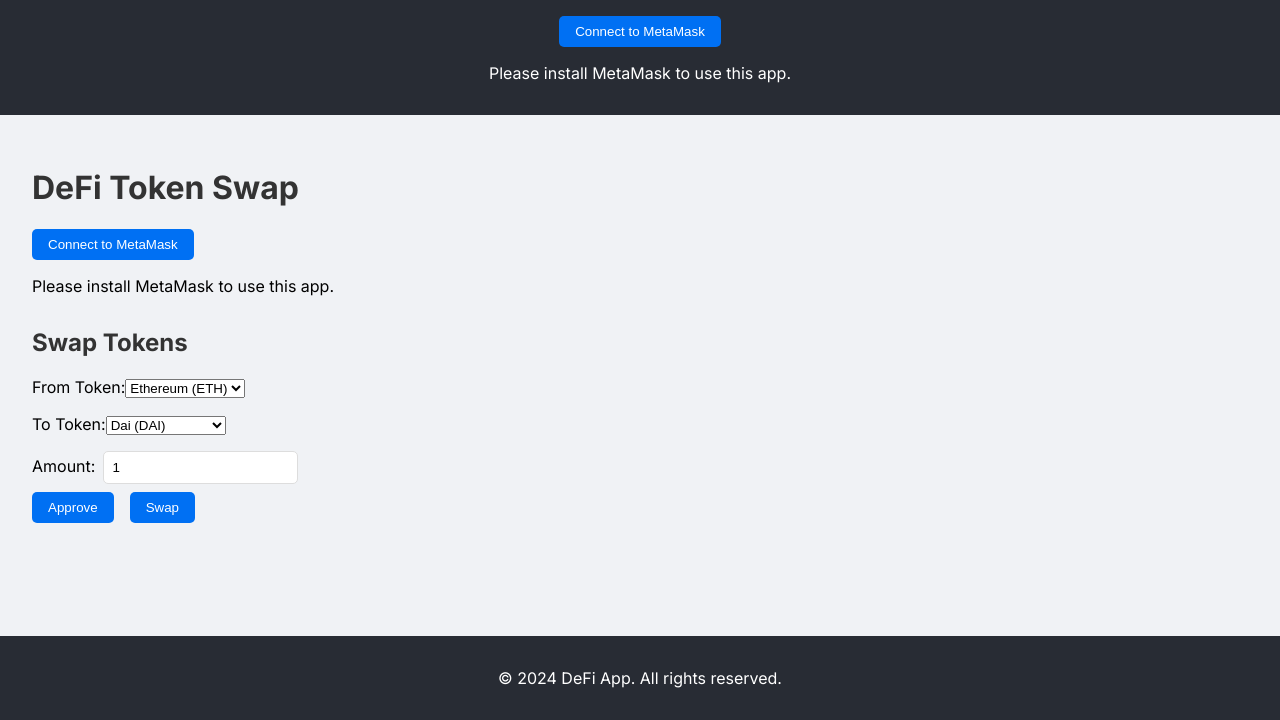
Repository: AllMightLegend/defi-token-swapping-app
Page: /
These files come from the project's save history. The page is drawn as it stood at one moment and after the next save; the edit follows.
The browser window is 1280 px wide. The pictures show the whole page.
The project was rebuilt for these pictures with package versions that can differ from the ones it lists, and the page was loaded fresh each time. Some packages were replaced by stand-ins written for this rebuild. The framework's server and built-in components were replaced by stand-ins that run in the browser. Also part of the build but not shown: next.config.mjs.

Above is the page before, as saved 2024-08-27 20:10:19.

After the next save:
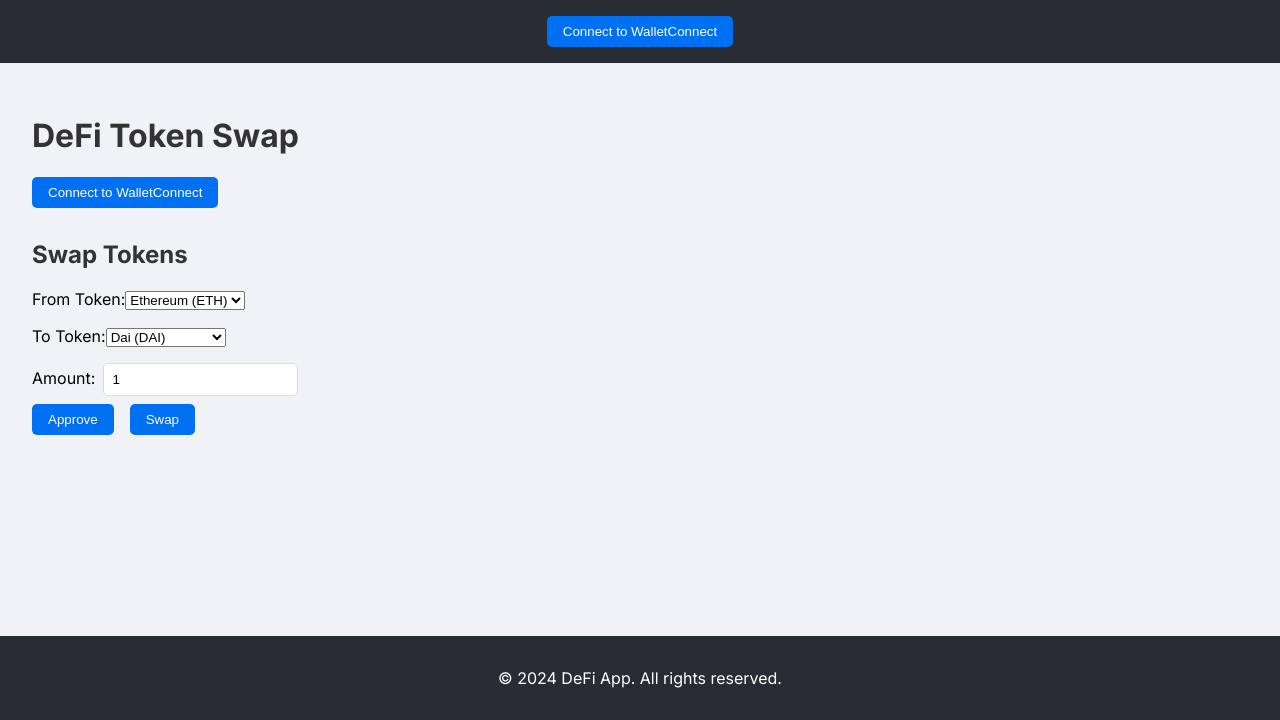
Saved 2 min 51 s later.
--- a/components/WalletConnector.tsx
+++ b/components/WalletConnector.tsx
@@ -1,70 +1,66 @@
 import React, { useState, useEffect } from 'react';
 import { ethers } from 'ethers';
+import WalletConnectProvider from "@walletconnect/web3-provider";
 
 const WalletConnector: React.FC = () => {
   const [walletAddress, setWalletAddress] = useState<string | null>(null);
-  const [isMetaMaskInstalled, setIsMetaMaskInstalled] = useState<boolean>(false);
+  const [provider, setProvider] = useState<ethers.providers.Web3Provider | null>(null);
 
-  const checkMetaMask = () => {
-    if (typeof window !== 'undefined' && (window as any).ethereum) {
-      setIsMetaMaskInstalled(true);
-    } else {
-      setIsMetaMaskInstalled(false);
+  const connectWallet = async () => {
+    try {
+      // Create WalletConnect Provider
+      const walletConnectProvider = new WalletConnectProvider({
+        infuraId: "YOUR_INFURA_PROJECT_ID" // Replace with your Infura Project ID
+      });
+
+      // Enable session (triggers QR Code modal)
+      await walletConnectProvider.enable();
+
+      // Create ethers provider
+      const ethersProvider = new ethers.providers.Web3Provider(walletConnectProvider);
+      setProvider(ethersProvider);
+
+      // Get the user's account address
+      const accounts = await ethersProvider.listAccounts();
+      if (accounts.length > 0) {
+        setWalletAddress(accounts[0]);
+      } else {
+        setWalletAddress(null);
+      }
+
+      console.log('Connected to wallet:', accounts[0]);
+    } catch (error) {
+      console.error('Error connecting to WalletConnect wallet:', error);
     }
   };
 
-  const connectWallet = async () => {
-    try {
-      if (isMetaMaskInstalled) {
-        // Wait for MetaMask to be ready
-        await new Promise<void>((resolve) => {
-          const checkInterval = setInterval(() => {
-            if ((window as any).ethereum) {
-              clearInterval(checkInterval);
-              resolve();
-            }
-          }, 100);
-        });
-
-        const provider = new ethers.providers.Web3Provider((window as any).ethereum);
-        await (window as any).ethereum.request({ method: 'eth_requestAccounts' });
-        const signer = provider.getSigner();
-        const address = await signer.getAddress();
-        setWalletAddress(address);
-        console.log('Connected to MetaMask:', address);
-      } else {
-        alert('MetaMask is not installed. Please install MetaMask to use this app.');
+  const disconnectWallet = async () => {
+    if (provider) {
+      try {
+        // Disconnect the WalletConnect provider
+        const walletConnectProvider = provider.provider as WalletConnectProvider;
+        await walletConnectProvider.disconnect();
+        setWalletAddress(null);
+        setProvider(null);
+        console.log('Disconnected from wallet');
+      } catch (error) {
+        console.error('Error disconnecting from WalletConnect wallet:', error);
       }
-    } catch (error) {
-      console.error('Error connecting to MetaMask:', error);
     }
   };
 
   useEffect(() => {
-    checkMetaMask();
-
-    const { ethereum } = window as any;
-    if (ethereum) {
-      ethereum.on('accountsChanged', (accounts: string[]) => {
-        setWalletAddress(accounts[0] || null);
-      });
-    }
-
-    return () => {
-      if (ethereum) {
-        ethereum.removeListener('accountsChanged', (accounts: string[]) => {
-          setWalletAddress(accounts[0] || null);
-        });
-      }
-    };
-  }, [isMetaMaskInstalled]);
+    // No setup needed for WalletConnect on mount
+  }, []);
 
   return (
     <div>
       <button onClick={connectWallet}>
-        {walletAddress ? `Connected: ${walletAddress}` : 'Connect to MetaMask'}
+        {walletAddress ? `Connected: ${walletAddress}` : 'Connect to WalletConnect'}
       </button>
-      {!isMetaMaskInstalled && <p>Please install MetaMask to use this app.</p>}
+      {walletAddress && (
+        <button onClick={disconnectWallet}>Disconnect</button>
+      )}
     </div>
   );
 };
